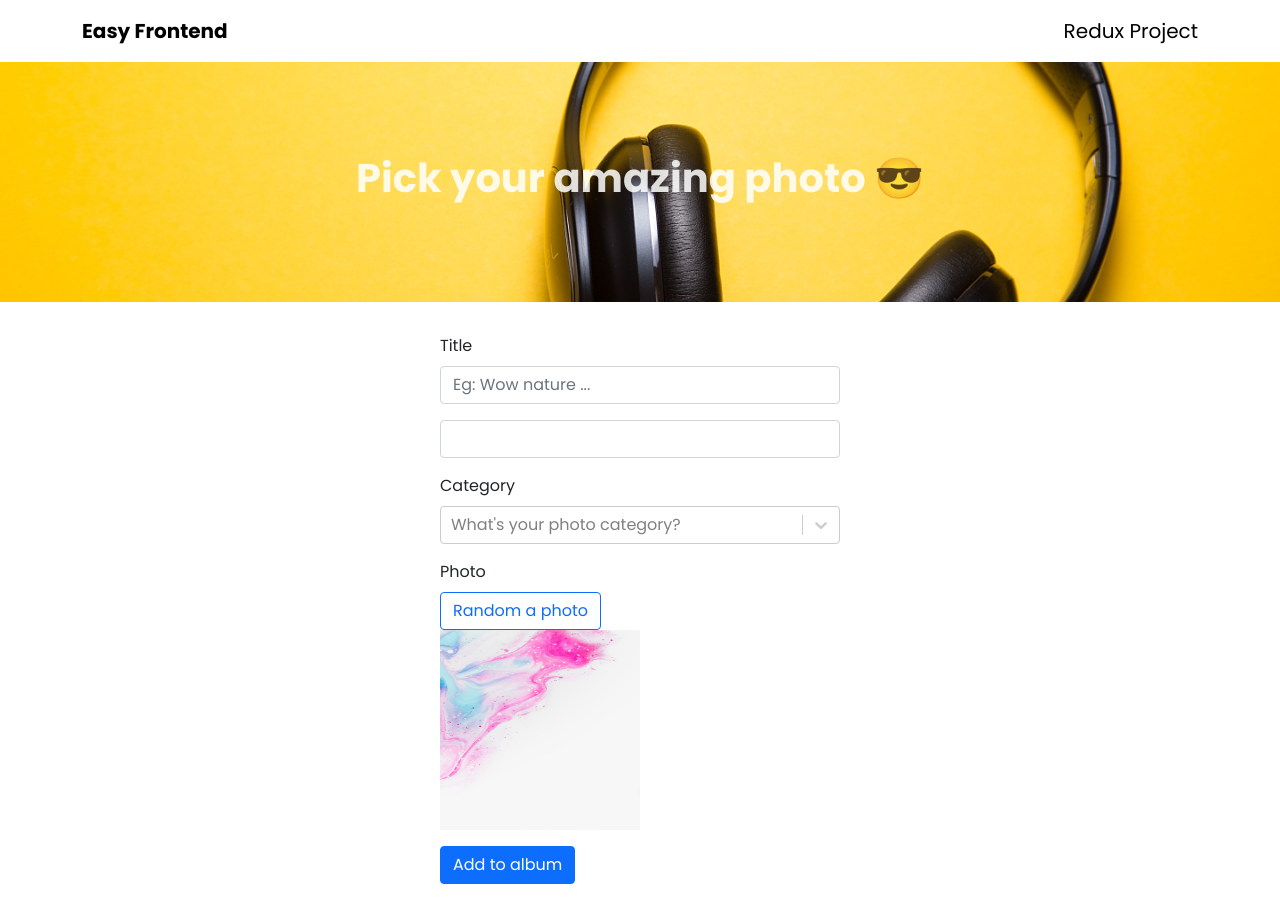
Repository: duckhai80/Redux-photo-app
Page: /photos/add
An editor plug-in stored every save of this project. The page is shown before and after the next save, followed by the edit.
The browser window is 1280 px wide. The pictures show the whole page.
The project was rebuilt for these pictures with package versions that can differ from the ones it lists, and the page was loaded fresh each time. Also part of the build but not shown: src/App.css, src/components/NotFound/index.jsx.

Above is the page before, as saved 2021-10-29 14:36:41.

### public/index.html
<!DOCTYPE html>
<html lang="en">
  <head>
    <meta charset="utf-8" />
    <link rel="icon" href="%PUBLIC_URL%/favicon.ico" />
    <meta name="viewport" content="width=device-width, initial-scale=1" />
    <meta name="theme-color" content="#000000" />
    <meta
      name="description"
      content="Web site created using create-react-app"
    />
    <link rel="apple-touch-icon" href="%PUBLIC_URL%/logo192.png" />

    <link rel="manifest" href="%PUBLIC_URL%/manifest.json" />

    <title>React App</title>
    <link
      href="https://fonts.googleapis.com/css2?family=Poppins:ital,wght@0,400;0,700;1,400;1,700&display=swap"
      rel="stylesheet"
    />
  </head>
  <body>
    <noscript>You need to enable JavaScript to run this app.</noscript>
    <div id="root"></div>
  </body>
</html>

### src/index.js
import "bootstrap/dist/css/bootstrap.css";
import React from "react";
import ReactDOM from "react-dom";
import App from "./App";
import "./index.css";
import reportWebVitals from "./reportWebVitals";

ReactDOM.render(
  <React.StrictMode>
    <App />
  </React.StrictMode>,
  document.getElementById("root")
);

reportWebVitals();

### src/App.js
import logo from "./logo.svg";
import "./App.css";

import React, { Suspense } from "react";
import { BrowserRouter, Route, Switch, Redirect, Link } from "react-router-dom";
import Header from "./components/Header";
import NotFound from "./components/NotFound";

const Photo = React.lazy(() => import("./features/Photo/pages/Main"));
const AddEdit = React.lazy(() => import("./features/Photo/pages/AddEdit"));

function App() {
  return (
    <div className="photo-app">
      <Suspense fallback={<div>Loading ...</div>}>
        <BrowserRouter>
          <Header></Header>

          <Switch>
            <Redirect exact from="/" to="/photos" />

            <Route exact path="/photos" component={Photo} />
            <Route exact path="/photos/add" component={AddEdit} />
            <Route component={NotFound} />
          </Switch>

          {/* <ul>
            <li>
              <Link to="/photos">Go to photo page</Link>
            </li>
            <li>
              <Link to="/photos/add">Go to Add new photo page</Link>
            </li>
            <li>
              <Link to="/photos/123">Go to Edit photo page</Link>
            </li>
          </ul>
          <Header />
          <Switch>
            <Redirect exact from="/" to="/photos" />
          </Switch> */}
        </BrowserRouter>
      </Suspense>
    </div>
  );
}

export default App;

### src/index.css
body {
  margin: 0;
  font-family: "Poppins", -apple-system, BlinkMacSystemFont, "Segoe UI",
    "Roboto", "Oxygen", "Ubuntu", "Cantarell", "Fira Sans", "Droid Sans",
    "Helvetica Neue", sans-serif;
  -webkit-font-smoothing: antialiased;
  -moz-osx-font-smoothing: grayscale;
}

code {
  font-family: source-code-pro, Menlo, Monaco, Consolas, "Courier New",
    monospace;
}

### src/components/Header/index.jsx
import React from "react";
import { NavLink } from "react-router-dom";
import { Col, Container, Row } from "reactstrap";
import "./Header.scss";

Header.propTypes = {};

function Header() {
  return (
    <div>
      <header className="header">
        <Container>
          <Row className="justify-content-between">
            <Col xs="auto">
              <a
                className="header__link header__title"
                href="https://youtube.com/easyfrontend"
                target="_blank"
                rel="noopener noreferrer"
              >
                Easy Frontend
              </a>
            </Col>

            <Col xs="auto">
              <NavLink
                exact
                className="header__link"
                to="/photos"
                activeClassName="header__link--active"
              >
                Redux Project
              </NavLink>
            </Col>
          </Row>
        </Container>
      </header>
    </div>
  );
}

export default Header;

### src/features/Photo/pages/AddEdit/index.jsx
import Banner from "components/Banner";
import NotFound from "components/NotFound";
import PhotoForm from "features/Photo/components/PhotoForm";
import React from "react";
import { Redirect, Route, Switch } from "react-router";
import "./styles.scss";

AddEditPage.propTypes = {};

function AddEditPage(props) {
  return (
    <div className="photo-edit">
      <Banner title="Pick your amazing photo 😎" />

      <div className="photo-edit__form">
        <PhotoForm
          onSubmit={(values) => console.log("Form submit: ", values)}
        />
      </div>
    </div>
  );
}

export default AddEditPage;

### src/components/Header/Header.scss
.header {
  padding: 1rem 0;
  font-size: 1.25rem;

  &__title {
    font-weight: bold;
  }

  &__link {
    color: #000;
    text-decoration: none;
    transition: all 0.25s ease-in-out 0s;

    &--active,
    &:hover {
      text-decoration: none;
      // color: var(--primary);
      color: rgb(56, 144, 216);
    }
  }
}

### src/components/Banner/index.jsx
import PropTypes from "prop-types";
import React from "react";
import "./Banner.scss";

Banner.propTypes = {
  title: PropTypes.string,
  backgroundUrl: PropTypes.string,
};

Banner.defaultProps = {
  title: "",
  backgroundUrl: "",
};

function Banner(props) {
  const { title, backgroundUrl } = props;

  const bannerStyle = backgroundUrl
    ? { backgroundImage: `url(${backgroundUrl})` }
    : {};

  return (
    <section className="banner" style={bannerStyle}>
      <h1 className="banner__title">{title}</h1>
    </section>
  );
}

export default Banner;

### src/constants/images.js
import blueBackground from "../assets/images/blue-bg.jpg";
import colorfulBackground from "../assets/images/colorful-bg.jpg";
import orangeBackground from "../assets/images/orange-bg.jpg";
import pinkBackground from "../assets/images/pink-bg.jpg";

const Images = {
  ORANGE_BG: orangeBackground,
  BLUE_BG: blueBackground,
  COLORFUL_BG: colorfulBackground,
  PINK_BG: pinkBackground,
};

export default Images;

### src/features/Photo/components/PhotoForm/index.jsx
import { PHOTO_CATEGORY_OPTIONS } from "constants/global";
import Images from "constants/images";
import InputField from "custom-field/InputField";
import { FastField, Form, Formik } from "formik";
import PropTypes from "prop-types";
import React from "react";
import Select from "react-select";
import { Button, FormGroup, Input, Label } from "reactstrap";

PhotoForm.propTypes = {
  onSubmit: PropTypes.func,
};

PhotoForm.defaultProps = {
  onSubmit: null,
};

function PhotoForm(props) {
  const initialValues = {
    title: "",
  };

  return (
    <Formik initialValues={initialValues}>
      {(formikProps) => {
        const { values, errors, touched } = formikProps;
        console.log({ values, errors, touched });

        return (
          <Form>
            <FastField
              name="title"
              component={InputField}
              label="Title"
              placeholder="Eg: Wow nature ..."
            />

            <FastField name="name" component={InputField}></FastField>

            <FormGroup>
              <Label for="categoryId">Category</Label>
              <Select
                id="categoryId"
                name="categoryId"
                placeholder="What's your photo category?"
                options={PHOTO_CATEGORY_OPTIONS}
              />
            </FormGroup>

            <FormGroup>
              <Label for="categoryId">Photo</Label>

              <div>
                <Button type="button" outline color="primary">
                  Random a photo
                </Button>
              </div>
              <div>
                <img
                  width="200px"
                  height="200px"
                  src={Images.COLORFUL_BG}
                  alt="colorful background"
                />
              </div>
            </FormGroup>

            <FormGroup>
              <Button color="primary">Add to album</Button>
            </FormGroup>
          </Form>
        );
      }}
    </Formik>
  );
}

export default PhotoForm;

### src/features/Photo/pages/AddEdit/styles.scss
.photo-edit {
  &__form {
    margin: 2rem auto 1rem auto;
    max-width: 25rem;
  }
}

### src/components/Banner/Banner.scss
.banner {
  display: flex;
  flex-flow: row wrap;
  justify-content: center;
  align-items: center;
  height: 15rem;

  background-image: url(../../assets/images/orange-bg.jpg);
  background-position: center;
  background-size: cover;

  &__title {
    color: rgba(255, 255, 255, 0.85);
    font-weight: bold;
  }
}

### src/constants/global.js
export const PHOTO_CATEGORY_OPTIONS = [
  { value: 1, label: "Technology" },
  { value: 2, label: "Education" },
  { value: 3, label: "Nature" },
  { value: 4, label: "Animals" },
  { value: 5, label: "Styles" },
];

### src/custom-field/InputField/index.jsx
import React from "react";
import PropTypes from "prop-types";
import { FormGroup, Input, Label } from "reactstrap";

InputField.propTypes = {
  field: PropTypes.object.isRequired,
  form: PropTypes.object.isRequired,
  type: PropTypes.string,
  label: PropTypes.string,
  placeholder: PropTypes.string,
  disabled: PropTypes.bool,
};

InputField.defaultProps = {
  type: "text",
  label: "",
  placeholder: "",
  disabled: false,
};

function InputField(props) {
  const { field, form, type, label, placeholder, disabled } = props;
  const { name, value, onChange, onBlur } = field;

  return (
    <div>
      <FormGroup>
        {label && <Label for={name}>Title</Label>}
        <Input
          id={name}
          {...field}
          placeholder={placeholder}
          name={name}
          type={type}
          disabled={disabled}
        />
      </FormGroup>
    </div>
  );
}

export default InputField;

Loaded but not shown: src/reportWebVitals.js (common file)

After the next save:
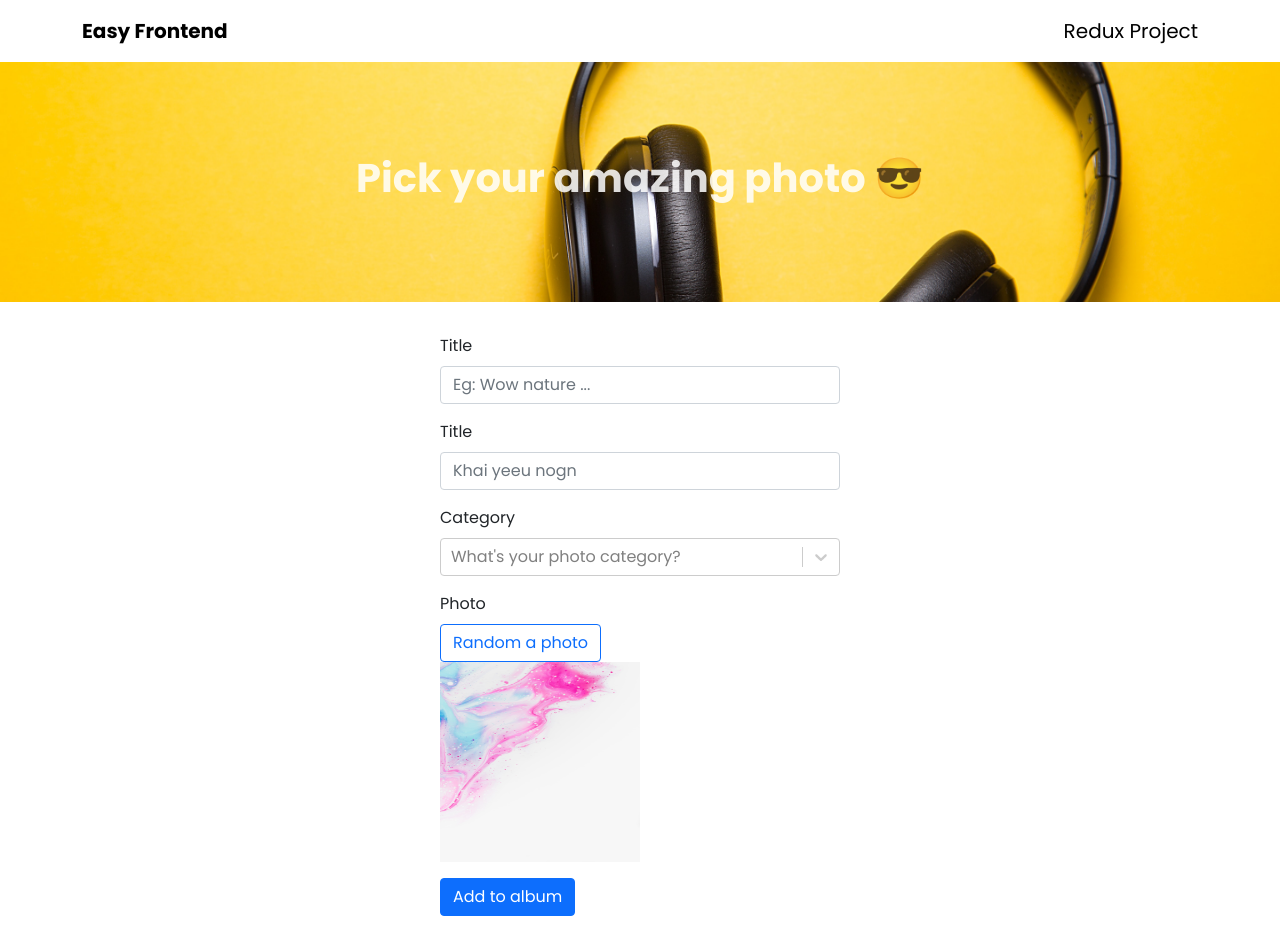
Saved 30 s later.
--- a/src/features/Photo/components/PhotoForm/index.jsx
+++ b/src/features/Photo/components/PhotoForm/index.jsx
@@ -35,7 +35,12 @@ function PhotoForm(props) {
               placeholder="Eg: Wow nature ..."
             />
 
-            <FastField name="name" component={InputField}></FastField>
+            <FastField
+              name="name"
+              component={InputField}
+              label="Name"
+              placeholder="Khai yeeu nogn"
+            />
 
             <FormGroup>
               <Label for="categoryId">Category</Label>
